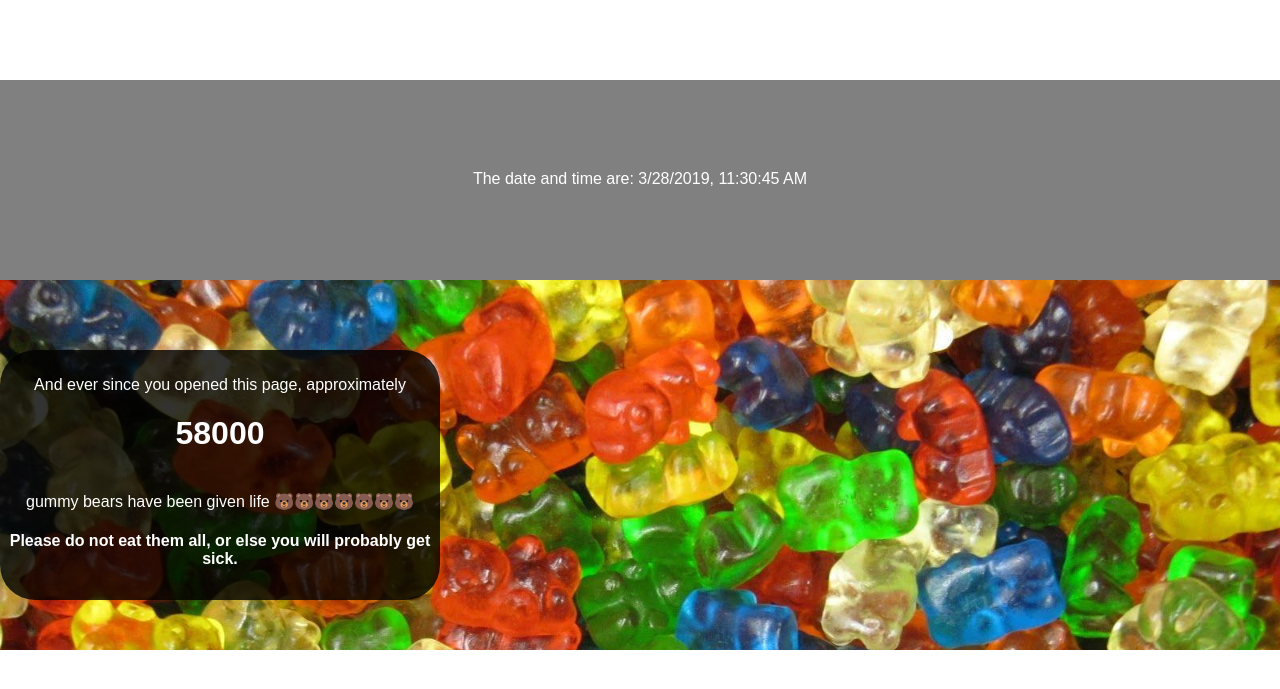
Repository: crispinonicky/gummy-facts
Page: /
The author's editor kept a copy of each file at every save. The page is drawn from the files as they stood at one save, then again after the next save.
The browser window is 1280 px wide. The pictures show the whole page.
The project was rebuilt for these pictures with package versions that can differ from the ones it lists, and the page was loaded fresh each time.

Above is the page before, as saved 2019-03-28 15:42:03.

After the next save:
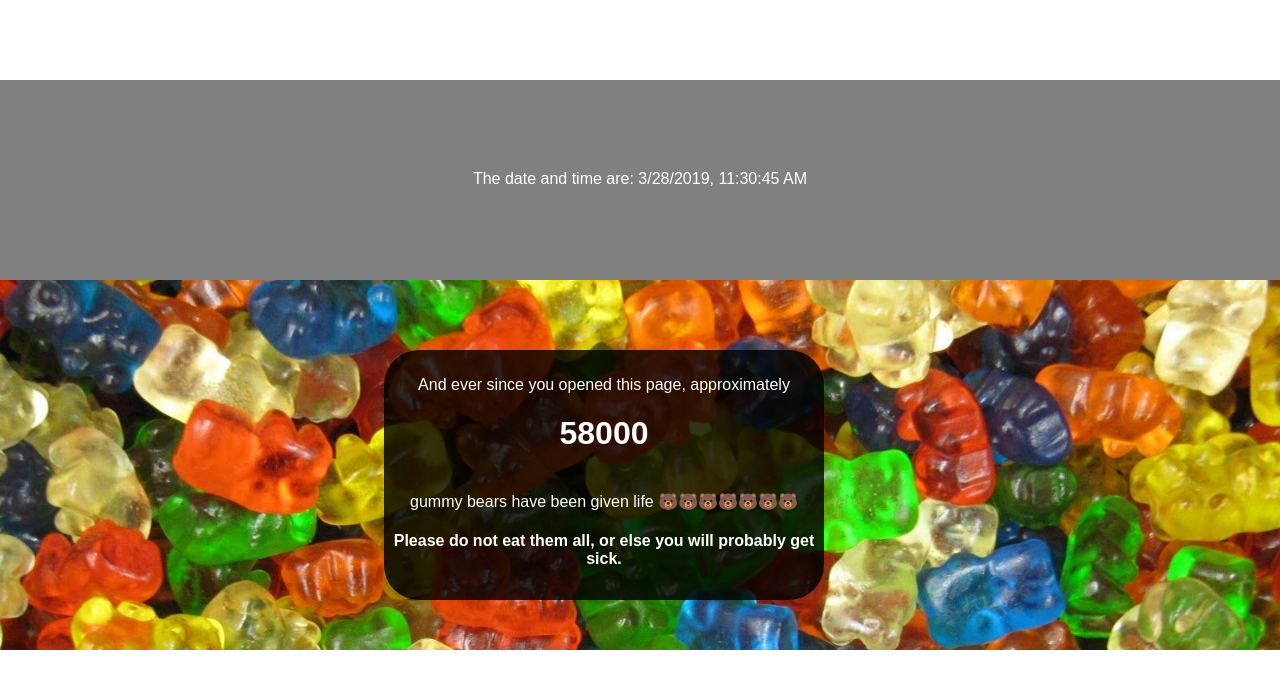
Saved 16 s later.
--- a/src/App.css
+++ b/src/App.css
@@ -25,6 +25,8 @@
 }
 
 .gray-box{
+  position: relative;
+  left: 30%;
   padding-top: 10px;
   background-color: rgba(0, 0, 0, 0.8);
   height: 240px;
